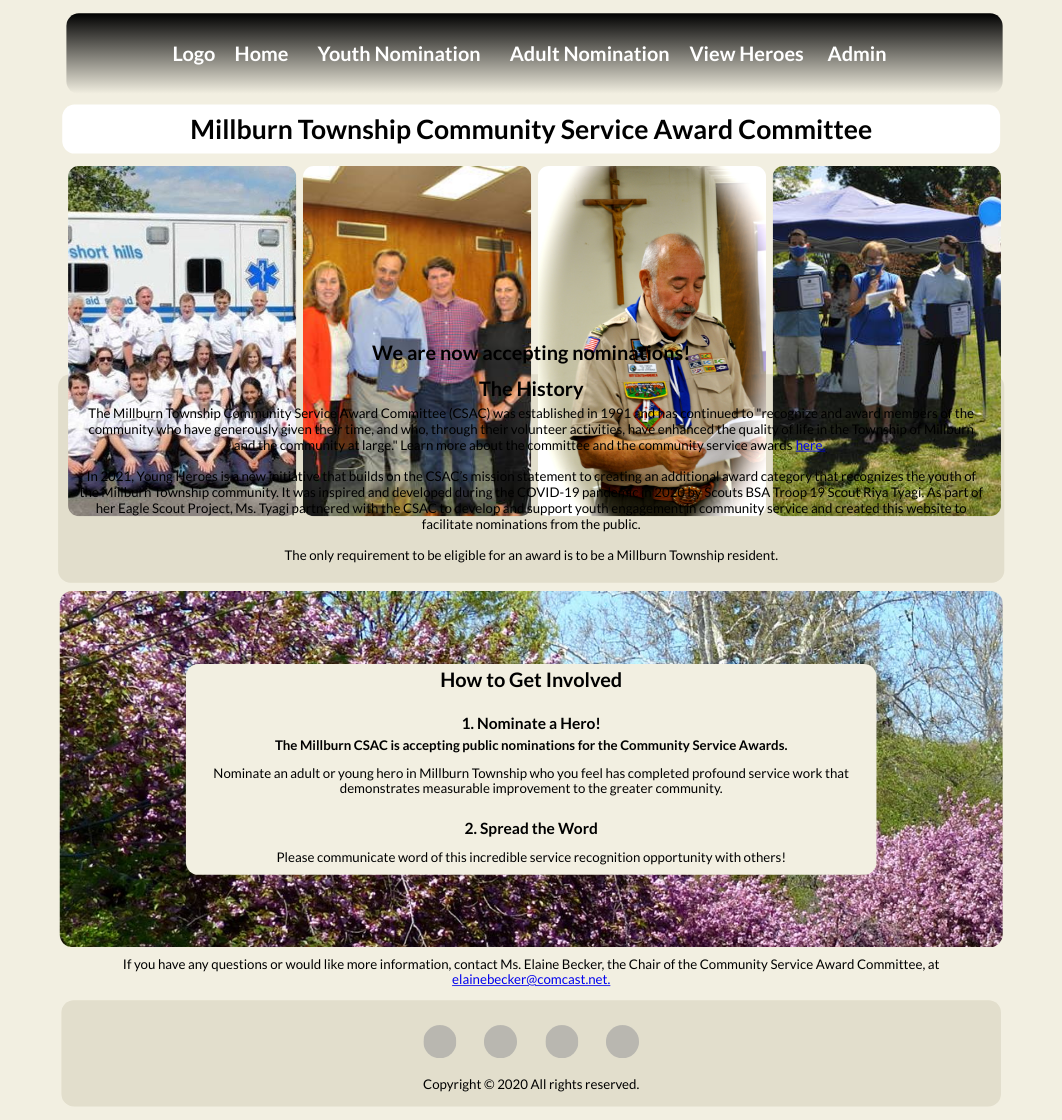
Repository: Centrattic/Young-Heroes-Website
Page: http://localhost/Frontend/home.php
These files come from the project's save history. The page is drawn as it stood at one moment and after a run of saves; the edit follows.
The browser window is 1280 px wide. The pictures show the whole page, at 83% of full size.
Pictures or frames that could not be fetched are drawn as grey boxes. The page is run by PHP 8.4 with error messages shown; the project is at /var/www/html/.

Above is the page before, as saved 2020-12-09 15:53:33.

### Eagle Project/Frontend/home.php
<?php
require '../Backend/functions.php';
require '../Backend/dbhconnect.php';
?>

<html>
  <head>
    <link href="https://fonts.googleapis.com/css2?family=Lato:ital,wght@0,400;0,700;1,300;1,400&display=swap" rel="stylesheet">
    <link href="../CSS/home.css" rel="stylesheet" type="text/css" />

    <link rel = "stylesheet" href = "../CSS/navbar.css">
  </head>

  <body>


  <?php
      navbar();
    ?>

    <!--<h4> This website is affiliated with the Millburn Township Community Service Award Committee. </h4> -->
    <!--Banner/Header : history of CSAC , Ok describe that on website ::: incorporate thios is new initative but builds on previous initiative, came up on time of COVID, instead of "THE IMPORTANCE OF RECOGNIING YOUTH VOLUNTEERS -->
    <!-- Delete Mission Statement - JUst describe CSAC Iniative  ======================= OUR HISTORY, with the onset of COVID -- do this....

    Community Service Award OverView and Now YOUNG HEROES

    ALL NEEDED IS TO BE A MILLBURN TOWNSHIP RESIDENTs-->

    <h1 id = "homepagetitle"> Millburn Township Community Service Award Committee </h1>

    <div id = "homepicgrid">
      <div>
        <img src = "../Images/itsquad.jpg">
      </div>
      <div>
        <img src = "../Images/millburncsac.jpg">
      </div>
      <div>
        <img src = "../Images/fineran.jpg">
      </div>
      <div>
        <img src = "../Images/millburnhome.jpg">
      </div>
    </div>




    <h2> We are now accepting nominations!</h2>

    <!--<div id = "hometextgrid">
      <div>
        <h2> The Importance of Recognizing Youth Volunteers </h2>
        <p>Today’s youth are taking charge of environmental and social reforms,
          and they deserve credit and appreciation where it’s due. Up to 55% of youth
          actively participate in service, be it through school or other organizations, but they
          have gone severely underrepresented of late. By commending their efforts, more youth will be
          inspired to volunteer their time towards the community and the nation as a whole. Youth Service
          America reminds us that adolescent brains in particular offer creative solutions to problems,
          unaffected and unaware to the nonanswers common of some, older brains. They provide fresh outlooks
          and ideas that would otherwise go unthought of. Youth service is mutually beneficial to both the
          community and the youth in question; it has also been shown to improve success in the workforce
          and academics in later life with early leadership foundations, as well as fostering positive
          development traits and cosmopolitan mindsets. Some youth lack the incentive -the drive- to
          go out and make a difference, which is why it is vital for them to have an outlet of support and recognition.  </p>
      </div>
      <div>
        <h2> Our Mission Statement </h2>
        <p> The mission of the Young Heroes is to recognize Millburn/Short Hills youth for their contributions,
          to promote community service and good citizenship, to positively impact the community, and to
          give hope and inspiration to others, especially during difficult times such as COVID-19.
          This will be accomplished through a nomination process, verification, parental approval, and
          a final posting to the Millburn Township Young Heroes webpage. The posts will summarize the Young hero’s work
           and qualify them for an annual award given to the two heroes (and runners-ups) who demonstrate the most profound
          service and dedication to the Township, specific cause, and/or the community as a whole.
        </p>
      </div>
    </div>

    and who, through their volunteer activities, have enhanced the quality of life in the Township of Millburn
        and the community at large.”

        who acknowledged the impact of the service work many youth had done to help alleviate
        the effects of the pandemic.

    -->

    <div id = "CSAChistory">
      <h2> The History </h2>
      <p> The Millburn Township Community Service Award Committee (CSAC) was established in 1991 and has continued to "recognize and award members of the community who have
        generously given their time, and who, through their volunteer activities, have enhanced the quality of life in the Township of Millburn and the community at large."
        Learn more about the committee and the community service awards<a href = "https://twp.millburn.nj.us/188/Community-Service-Award-Committee">here.</a>
        <br> <br>In 2021, Young Heroes is a new initiative that builds on the CSAC’s mission statement to creating an additional award category that recognizes the youth of the Millburn Township community.
         It was inspired and developed during the COVID-19 pandemic in 2020 by Scouts BSA Troop 19 Scout Riya Tyagi. As part of her Eagle Scout Project, Ms. Tyagi partnered with the CSAC to develop and support
          youth engagement in community service and created this website to facilitate nominations from the public. <br> <br> The only requirement to be eligible for an award is to be a Millburn Township resident.
      </p>
    </div>

    <div id = "getinvolved">
          <div id = "nominateahero">
            <h2> How to Get Involved</h2>
            <br>
              <h3> 1. Nominate a Hero!</h3>
              <h4> The Millburn CSAC is accepting public nominations for the Community Service Awards.</h4>
                <p> Nominate an adult or young hero in Millburn Township who you feel has completed profound service work that demonstrates measurable improvement to the greater community. <br><p>
               <h3>  2. Spread the Word </h3> <p>Please communicate word of this incredible service recognition opportunity with others!</p>
               <!--<h3> 3. <a href = "https://forms.gle/pbJxUtVEzWF9bCSh6"> Volunteer </a></h3>  <p> Millburn Township Young Heroes is an Eagle Scout Project by Riya Tyagi of Troop 19. Volunteer to help her out! </p> -->
               <!-- <h3> 4.<a href = "https://gf.me/u/y3cpyf">Donate</a> </h3> <p> Donate to recognize heroes and their causes. We are very grateful for all donations. All money received will be used to purchase bronze
                  plaques to recognize winners of the awards and to handle the costs of advertising and creating a website. Any extra funds will be donated to the CSAC for future use.</li>
                </p>  -- Put this in explanation of Project --- part of narrative, footer  NICE

                Any youth nominee will also
                become a member of the inaugural class of Youth Heroes award winners.
                                The committee will be accepting nominations at all times of the year.-->
            </div>
    </div>

      <!--<div id = "impact">
        <h2> Our Impact</h2>
        <h3> ____ Youth Heroes Recognized </h3>
        <h3> ____ Adult Heroes Recognized </h3>
        <h3> ____ Awards Given</h3>
      </div>-->

    <h4 style = "width: 80%; margin: 0 auto;"> </h4>

    <p> If you have any questions or would like more information, contact Ms. Elaine Becker, the Chair of the Community Service Award Committee, at <a href = "mailto:elainebecker@comcast.net"> elainebecker@comcast.net.</a></p>

    <div id = "socialmedia">
        <footer id="colophon" class="site-footer" role="contentinfo">
      <div class="social-wrapper">
        <ul>
          <li>
            <a href="#" target="_blank">
              <img src="https://cdn1.iconfinder.com/data/icons/logotypes/32/twitter-128.png" alt="Twitter Logo" class="twitter-icon"></a>
          </li>
          <li>
            <a href="#" target="_blank">
              <img src="https://www.mchenryvillage.com/images/instagram-icon.png" alt="Instagram Logo" class="instagram-icon"></a>
          </li>
          <li>
            <a href="#" target="_blank">
              <img src="https://content.linkedin.com/content/dam/me/business/en-us/amp/brand-site/v2/bg/LI-Bug.svg.original.svg" alt="Linkedin Logo" class="linkedin-icon"></a>
          </li>
          <li>
            <a href="#" target="_blank">
              <img src="http://www.iconarchive.com/download/i54037/danleech/simple/facebook.ico" alt="Facebook Logo" class="facebook-icon"></a>
          </li>

        </ul>
      </div>

      <nav class="footer-nav" role="navigation">
        <p>Copyright &copy;
          <?php echo date("Y"); ?> All rights reserved.</p>
      </nav>
    </footer>
    <!-- #colophon -->
    </div>





</body>
</html>

### Eagle Project/Backend/dbhconnect.php
<?php
  $servername = "localhost";
  $dbUsername = "root";
  $dbPassword = "";
  $dbName = "young_heroes";

  //connecting to database
  $connection = new mysqli($servername, $dbUsername, $dbPassword, $dbName);

  //error message if connection fails
  if(!$connection){
    die("Connection failed: ".mysqli_connect_error());
  }
?>

### Eagle Project/CSS/home.css
* {
    text-align: center;
    padding: 2px;
    margin: 2px;
    font-family: 'Lato', sans-serif;
    border-radius: 15px;

}

body {
    background-color: #F2EFE1;

}

#homepicgrid {
    display: grid;
    width: auto;
    height: 30%;

    grid-template-columns: auto auto auto auto;
    grid-template-rows: auto;
}

#homepicgrid img {
    height: 100%;
    object-fit: cover;
    width: 100%;
}


#homepagetitle {
    font-size: 2em;
    width: auto;
    background-color: white;
    padding: 10px;
    margin: 5px;
}



#hometextgrid {
    display: grid;
    width: auto;
    margin: 0 auto;
    grid-template-columns: auto auto auto;
    grid-template-rows: auto auto;
}

#hometextgrid div {
    background-color: #E2DECC;
    padding: 20px;
}


#CSAChistory {
    background-color: #E2DECC;
    padding: 20px;
    padding-top: 0;
    margin: 10px 0;
}
#impact {
    background-color: white;
    width: 35%;
    margin: 2% auto;
    border: 10px solid transparent;
    border-image: url("../Images/borderhome.jpg") 30 round !important;
}

#impact h3 {
    margin: 15%;
}


#getinvolved {
    background-image: url("../Images/millburnblossoms.jpg");
    height: 60%;
    display: flex;
    align-items: center;
    justify-content: center;
}

#nominateahero {
    width: 70%;
    padding: 0 20px;
    background-color:  #F2EFE1;
}

#getinvolved p {
    margin: 10px;
}

button {
    font-size: 1em;
}



.site-footer {
    background-color: #E2DECC;
      text-align: center;
      margin: 10px 0;
      padding: 10px 0;
  }

  #social-wrapper {
      text-align: center;
  }

  /*Social Media Icons*/
  .social-wrapper {
      text-align: center;
  }

  .social-wrapper ul li {
      display: inline;
      margin: 0 5px;
  }

  .twitter-icon,
  .facebook-icon,
  .instagram-icon,
  .linkedin-icon,
  .googleplus-icon,
  .youtube-icon,
  .foursquare-icon{
      margin-top: .625em;
      width: 40px;
      height: 40px;
      opacity: .6;
      filter: alpha(opacity=60); /* For IE8 and earlier */
    border-radius: 25px;
  }

  .twitter-icon:hover,
  .facebook-icon:hover,
  .instagram-icon:hover,
  .linkedin-icon:hover,
  .googleplus-icon:hover,
  .youtube-icon:hover,
  .foursquare-icon:hover {
      opacity: 1.0;
      filter: alpha(opacity=100); /* For IE8 and earlier */
  }

  .footer-nav p {
      text-align: center;
  }

### Eagle Project/CSS/navbar.css
* {
    text-align: center;
    font-family: 'Lato', sans-serif;
}

body {
    background-color: #F2EFE1;
}


.menu-area li{
    display: inline;
    color: white;
    font-weight: bold;
    font-size: 1.5em;
    padding-bottom: 10px;
}

.menu-area .non-dropdown a{
    display: inline-block;
    padding: 30px 10px;
    text-decoration: none;
    color: white;
    box-sizing: border-box;

}

.menu-area .nav-dropdown .dropdown-content li a{
    display: inline-block;
    text-align: center;
    padding: 14px 16px;
    text-decoration: none;
}

.menu-area {
    width: 100%;
    background-image: linear-gradient(black, #F2EFE1);
    overflow: hidden;
    border-radius: 15px;
}

.menu-area .non-dropdown:hover{
    border-radius: 0px;
    border-bottom: 10px solid aliceblue;

}

.menu-area li a {
    box-sizing: border-box;
}

.nav-dropbtn {
    text-decoration: none;
    color: white;
}

/*FIX THIS LATER*/


#logout {
    all: unset;
}

body {
    margin: 0 5%;
}

/* ------------------*/



li.nav-dropdown {
    display: inline-block;
}

.dropdown-content {
    display: none;
    position: absolute;
    background-color: #f9f9f9;
    min-width: 150px;
    box-shadow: 0px 8px 16px 0px rgba(0,0,0,0.2);
    z-index: 1;

}

.dropdown-content a {
    color: black;
    padding: 12px 16px;
    text-decoration: none;
    display: block;
    font-size: .9em;
    text-align: left;
}


.dropdown-content a:hover {
    background-color: #f1f1f1;
}


.nav-dropdown:hover .dropdown-content {
    display: block;
    border-radius: 0px;
}

Loaded but not shown: Eagle Project/Backend/functions.php (995 lines, source omitted)

After the next 2 saves:
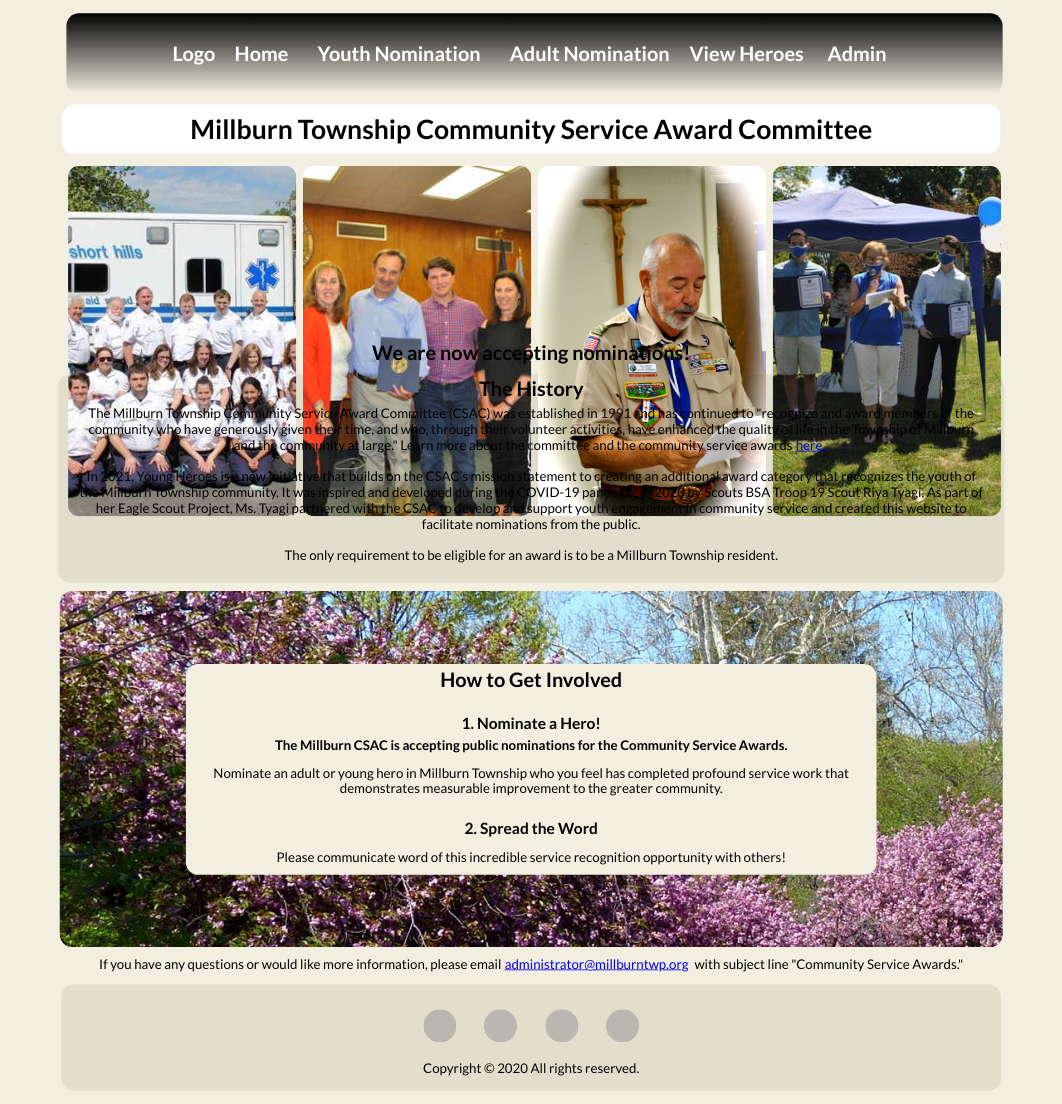
The 2 saves are shown as one change because they came seconds apart.
The last was saved 2 min 23 s later.
--- a/Eagle Project/Frontend/home.php
+++ b/Eagle Project/Frontend/home.php
@@ -124,7 +124,7 @@ require '../Backend/dbhconnect.php';
 
     <h4 style = "width: 80%; margin: 0 auto;"> </h4>
 
-    <p> If you have any questions or would like more information, contact Ms. Elaine Becker, the Chair of the Community Service Award Committee, at <a href = "mailto:elainebecker@comcast.net"> elainebecker@comcast.net.</a></p>
+    <p> If you have any questions or would like more information, please email<a href = "mailto:administrator@millburntwp.org">administrator@millburntwp.org</a> with subject line "Community Service Awards."</p>
 
     <div id = "socialmedia">
         <footer id="colophon" class="site-footer" role="contentinfo">
